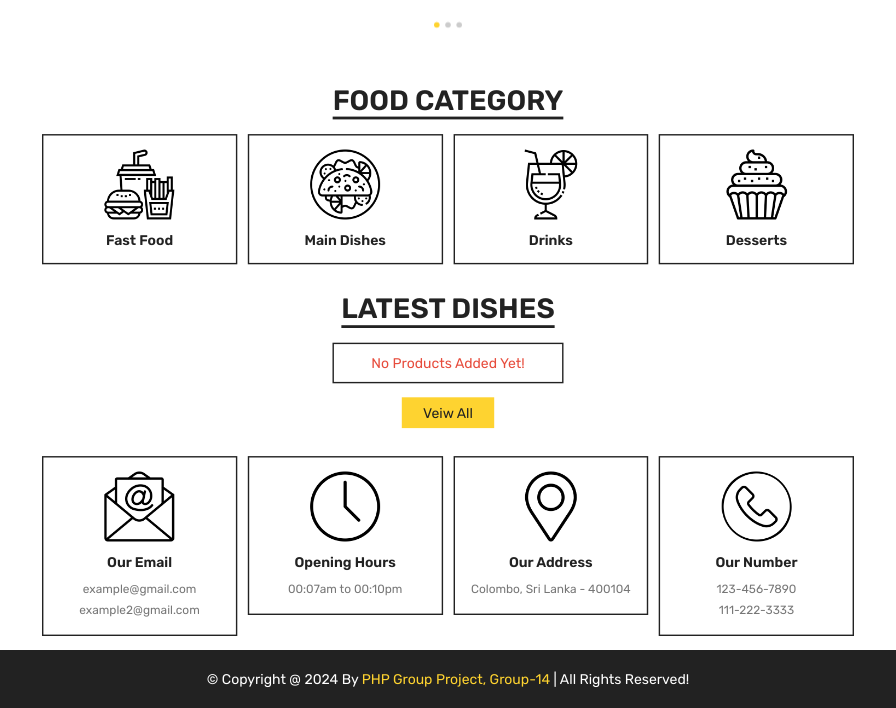
Repository: navodniwarshana/food_order_site
Page: http://localhost/home.php
The author's editor kept a copy of each file at every save. The page is drawn from the files as they stood at one save, then again after a run of saves.
The browser window is 1280 px wide. The pictures show the part of the page from y = 692 to 2612 px (the page is 1704 px tall before and 2612 px after), at 70% of full size.
Some web libraries are served in a nearby version. The page is run by PHP 8.4 with error messages shown; the project is at /var/www/html/. Queries for data that is not in the repository find no rows.

Above is the page before, as saved 2024-09-27 18:30:51.
Console error: TypeError: Cannot read properties of null (reading 'style')

### home.php
<?php

include 'components/connect.php';

session_start();

if(isset($_SESSION['user_id'])){
   $user_id = $_SESSION['user_id'];
}else{
   $user_id = '';
};

include 'components/add_cart.php';

?>

<!DOCTYPE html>
<html lang="en">
<head>
   <meta charset="UTF-8">
   <meta http-equiv="X-UA-Compatible" content="IE=edge">
   <meta name="viewport" content="width=device-width, initial-scale=1.0">
   <title>home</title>

   <link rel="stylesheet" href="https://unpkg.com/swiper@8/swiper-bundle.min.css" />

   <!-- font awesome cdn link  -->
   <link rel="stylesheet" href="https://cdnjs.cloudflare.com/ajax/libs/font-awesome/6.1.1/css/all.min.css">

   <!-- custom css file link  -->
   <link rel="stylesheet" href="css/style.css">

</head>
<body>

<?php include 'components/user_header.php'; ?>



<section class="hero">

   <div class="swiper hero-slider">

      <div class="swiper-wrapper">

         <div class="swiper-slide slide">
            <div class="content">
               <span>order online</span>
               <h3>delicious pizza</h3>
               <a href="menu.php" class="btn">see menus</a>
            </div>
            <div class="image">
               <img src="images/home-img-1.png" alt="">
            </div>
         </div>

         <div class="swiper-slide slide">
            <div class="content">
               <span>order online</span>
               <h3>chezzy hamburger</h3>
               <a href="menu.php" class="btn">see menus</a>
            </div>
            <div class="image">
               <img src="images/home-img-2.png" alt="">
            </div>
         </div>

         <div class="swiper-slide slide">
            <div class="content">
               <span>order online</span>
               <h3>rosted chicken</h3>
               <a href="menu.php" class="btn">see menus</a>
            </div>
            <div class="image">
               <img src="images/home-img-3.png" alt="">
            </div>
         </div>

      </div>

      <div class="swiper-pagination"></div>

   </div>

</section>

<section class="category">

   <h1 class="title">food category</h1>

   <div class="box-container">

      <a href="category.php?category=fast food" class="box">
         <img src="images/cat-1.png" alt="">
         <h3>fast food</h3>
      </a>

      <a href="category.php?category=main dish" class="box">
         <img src="images/cat-2.png" alt="">
         <h3>main dishes</h3>
      </a>

      <a href="category.php?category=drinks" class="box">
         <img src="images/cat-3.png" alt="">
         <h3>drinks</h3>
      </a>

      <a href="category.php?category=desserts" class="box">
         <img src="images/cat-4.png" alt="">
         <h3>desserts</h3>
      </a>

   </div>

</section>




<section class="products">

   <h1 class="title">latest dishes</h1>

   <div class="box-container">

      <?php
         $select_products = $conn->prepare("SELECT * FROM `products` LIMIT 6");
         $select_products->execute();
         if($select_products->rowCount() > 0){
            while($fetch_products = $select_products->fetch(PDO::FETCH_ASSOC)){
      ?>
      <form action="" method="post" class="box">
         <input type="hidden" name="pid" value="<?= $fetch_products['id']; ?>">
         <input type="hidden" name="name" value="<?= $fetch_products['name']; ?>">
         <input type="hidden" name="price" value="<?= $fetch_products['price']; ?>">
         <input type="hidden" name="image" value="<?= $fetch_products['image']; ?>">
         <a href="quick_view.php?pid=<?= $fetch_products['id']; ?>" class="fas fa-eye"></a>
         <button type="submit" class="fas fa-shopping-cart" name="add_to_cart"></button>
         <img src="uploaded_img/<?= $fetch_products['image']; ?>" alt="">
         <a href="category.php?category=<?= $fetch_products['category']; ?>" class="cat"><?= $fetch_products['category']; ?></a>
         <div class="name"><?= $fetch_products['name']; ?></div>
         <div class="flex">
            <div class="price"><span>$</span><?= $fetch_products['price']; ?></div>
            <input type="number" name="qty" class="qty" min="1" max="99" value="1" maxlength="2">
         </div>
      </form>
      <?php
            }
         }else{
            echo '<p class="empty">no products added yet!</p>';
         }
      ?>

   </div>

   <div class="more-btn">
      <a href="menu.html" class="btn">veiw all</a>
   </div>

</section>


<?php include 'components/footer.php'; ?>


<script src="https://unpkg.com/swiper@8/swiper-bundle.min.js"></script>

<!-- custom js file link  -->
<script src="js/script.js"></script>

<script>

var swiper = new Swiper(".hero-slider", {
   loop:true,
   grabCursor: true,
   effect: "flip",
   pagination: {
      el: ".swiper-pagination",
      clickable:true,
   },
});

</script>

</body>
</html>

### components/add_cart.php
<?php

if(isset($_POST['add_to_cart'])){

   if($user_id == ''){
      header('location:login.php');
   }else{

      $pid = $_POST['pid'];
      $pid = filter_var($pid, FILTER_SANITIZE_STRING);
      $name = $_POST['name'];
      $name = filter_var($name, FILTER_SANITIZE_STRING);
      $price = $_POST['price'];
      $price = filter_var($price, FILTER_SANITIZE_STRING);
      $image = $_POST['image'];
      $image = filter_var($image, FILTER_SANITIZE_STRING);
      $qty = $_POST['qty'];
      $qty = filter_var($qty, FILTER_SANITIZE_STRING);

      $check_cart_numbers = $conn->prepare("SELECT * FROM `cart` WHERE name = ? AND user_id = ?");
      $check_cart_numbers->execute([$name, $user_id]);

      if($check_cart_numbers->rowCount() > 0){
         $message[] = 'already added to cart!';
      }else{
         $insert_cart = $conn->prepare("INSERT INTO `cart`(user_id, pid, name, price, quantity, image) VALUES(?,?,?,?,?,?)");
         $insert_cart->execute([$user_id, $pid, $name, $price, $qty, $image]);
         $message[] = 'added to cart!';

      }

   }

}

?>

### components/user_header.php
<?php
if(isset($message)){
   foreach($message as $message){
      echo '
      <div class="message">
         <span>'.$message.'</span>
         <i class="fas fa-times" onclick="this.parentElement.remove();"></i>
      </div>
      ';
   }
}
?>

<header class="header">

   <section class="flex">

      <a href="home.php" style="font-size: 2rem; font-weight: bold; color: #fed330; text-decoration: none;">WARIYAS KITCHEN</a>

      <nav class="navbar">
         <a href="home.php" style="text-transform: uppercase;">HOME</a>
         <a href="about.php" style="text-transform: uppercase;">ABOUT</a>
         <a href="menu.php" style="text-transform: uppercase;">MENU</a>
         <a href="orders.php" style="text-transform: uppercase;">ORDERS</a>
         <a href="contact.php" style="text-transform: uppercase;">CONTACT</a>
      </nav>

      <div class="icons">
         <?php
            $count_cart_items = $conn->prepare("SELECT * FROM `cart` WHERE user_id = ?");
            $count_cart_items->execute([$user_id]);
            $total_cart_items = $count_cart_items->rowCount();
         ?>
         <a href="search.php"><i class="fas fa-search"></i></a>
         <a href="cart.php"><i class="fas fa-shopping-cart"></i><span>(<?= $total_cart_items; ?>)</span></a>
         <div id="user-btn" class="fas fa-user"></div>
         <div id="menu-btn" class="fas fa-bars"></div>
      </div>

      <div class="profile">
         <?php
            $select_profile = $conn->prepare("SELECT * FROM `users` WHERE id = ?");
            $select_profile->execute([$user_id]);
            if($select_profile->rowCount() > 0){
               $fetch_profile = $select_profile->fetch(PDO::FETCH_ASSOC);
         ?>
         <p class="name"><?= $fetch_profile['name']; ?></p>
         <div class="flex">
            <a href="profile.php" class="btn">profile</a>
            <a href="components/user_logout.php" onclick="return confirm('logout from this website?');" class="delete-btn">logout</a>
         </div>
         <p class="account">
            <a href="login.php">login</a> or
            <a href="register.php">register</a>
         </p>
         <?php
            }else{
         ?>
            <p class="name">please login first!</p>
            <a href="login.php" class="btn">login</a>
         <?php
          }
         ?>
      </div>

   </section>

</header>

### components/footer.php
<footer class="footer">

   <section class="grid">

      <div class="box">
         <img src="images/email-icon.png" alt="">
         <h3>our email</h3>
         <a href="mailto:example@gmail.com">example@gmail.com</a>
         <a href="mailto:example2@gmail.com">example2@gmail.com</a>
      </div>

      <div class="box">
         <img src="images/clock-icon.png" alt="">
         <h3>opening hours</h3>
         <p>00:07am to 00:10pm</p>
      </div>

      <div class="box">
         <img src="images/map-icon.png" alt="">
         <h3>our address</h3>
         <a href="#">Colombo, Sri Lanka - 400104</a>
      </div>

      <div class="box">
         <img src="images/phone-icon.png" alt="">
         <h3>our number</h3>
         <a href="tel:1234567890">123-456-7890</a>
         <a href="tel:1112223333">111-222-3333</a>
      </div>

   </section>

   <div class="credit">&copy; copyright @ <?= date('Y'); ?> by <span>PHP Group Project, Group-14</span> | all rights reserved!</div>

</footer>

<!-- <div class="loader">
   <img src="images/loader.gif" alt="">
</div> -->

Loaded but not shown: components/connect.php (common file); js/script.js (34 lines, source omitted); css/style.css (1075 lines, source omitted)

After the next 3 saves:
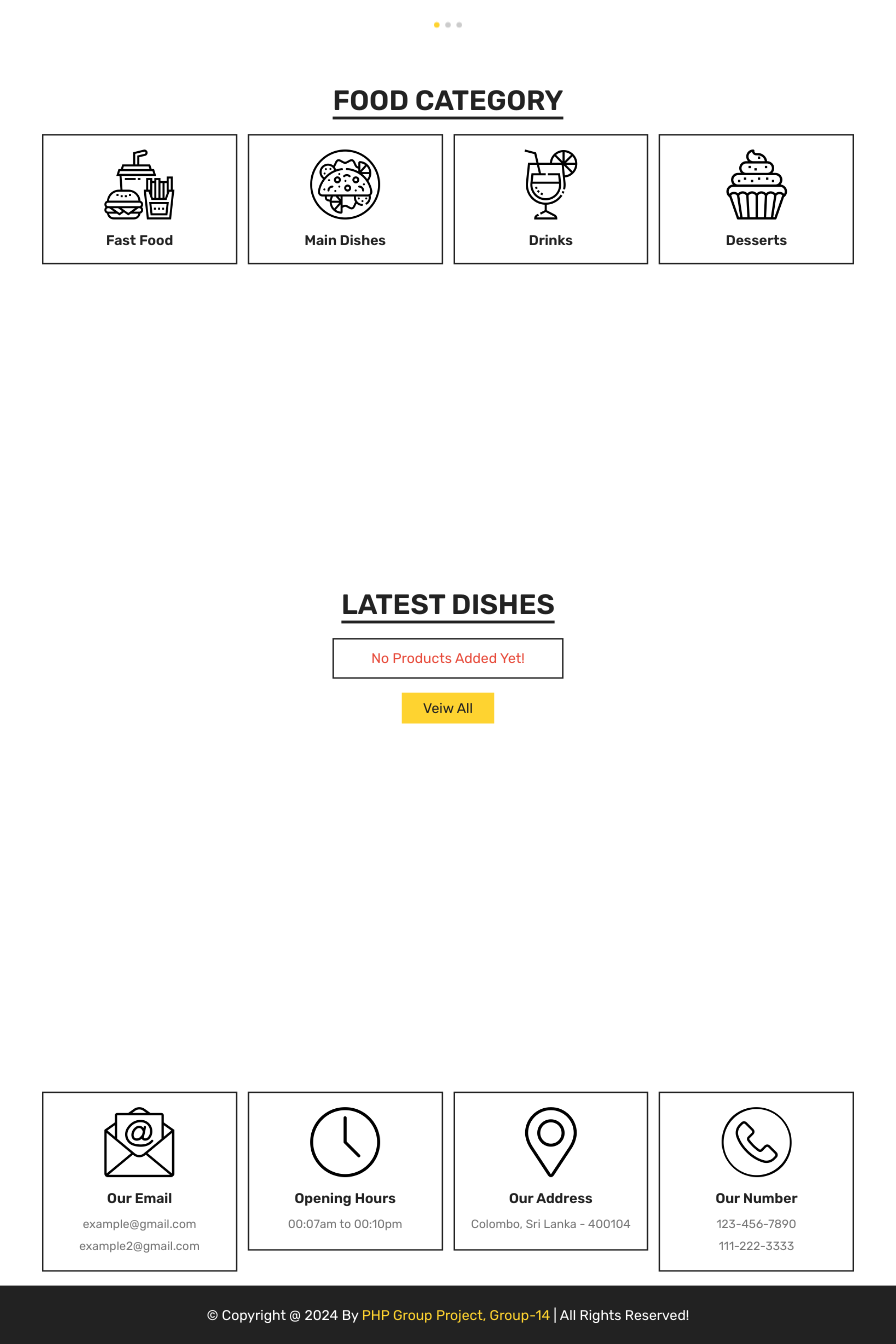
The 3 saves are shown as one change because they came seconds apart.
The last was saved 51 s later.
--- a/home.php
+++ b/home.php
@@ -37,7 +37,7 @@
 
 
 
-<section class="hero">
+<section class="hero" style="height: 100vh;">
 
    <div class="swiper hero-slider">
 
@@ -84,7 +84,7 @@
 
 </section>
 
-<section class="category">
+<section class="category" style="height: 100vh;">
 
    <h1 class="title">food category</h1>
 
@@ -117,7 +117,7 @@
 
 
 
-<section class="products">
+<section class="products" style="height: 100vh;">
 
    <h1 class="title">latest dishes</h1>
 

After the save that followed:
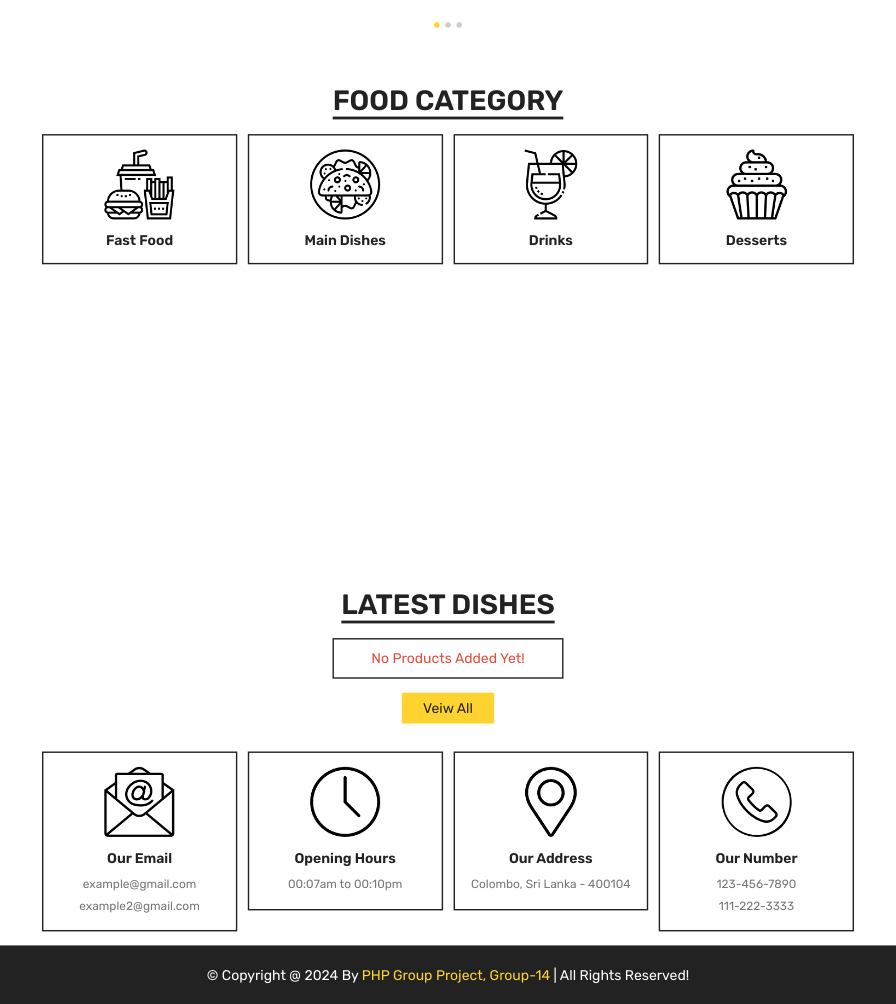
Saved 49 s later.
--- a/home.php
+++ b/home.php
@@ -117,7 +117,7 @@
 
 
 
-<section class="products" style="height: 100vh;">
+<section class="products" ">
 
    <h1 class="title">latest dishes</h1>
 
